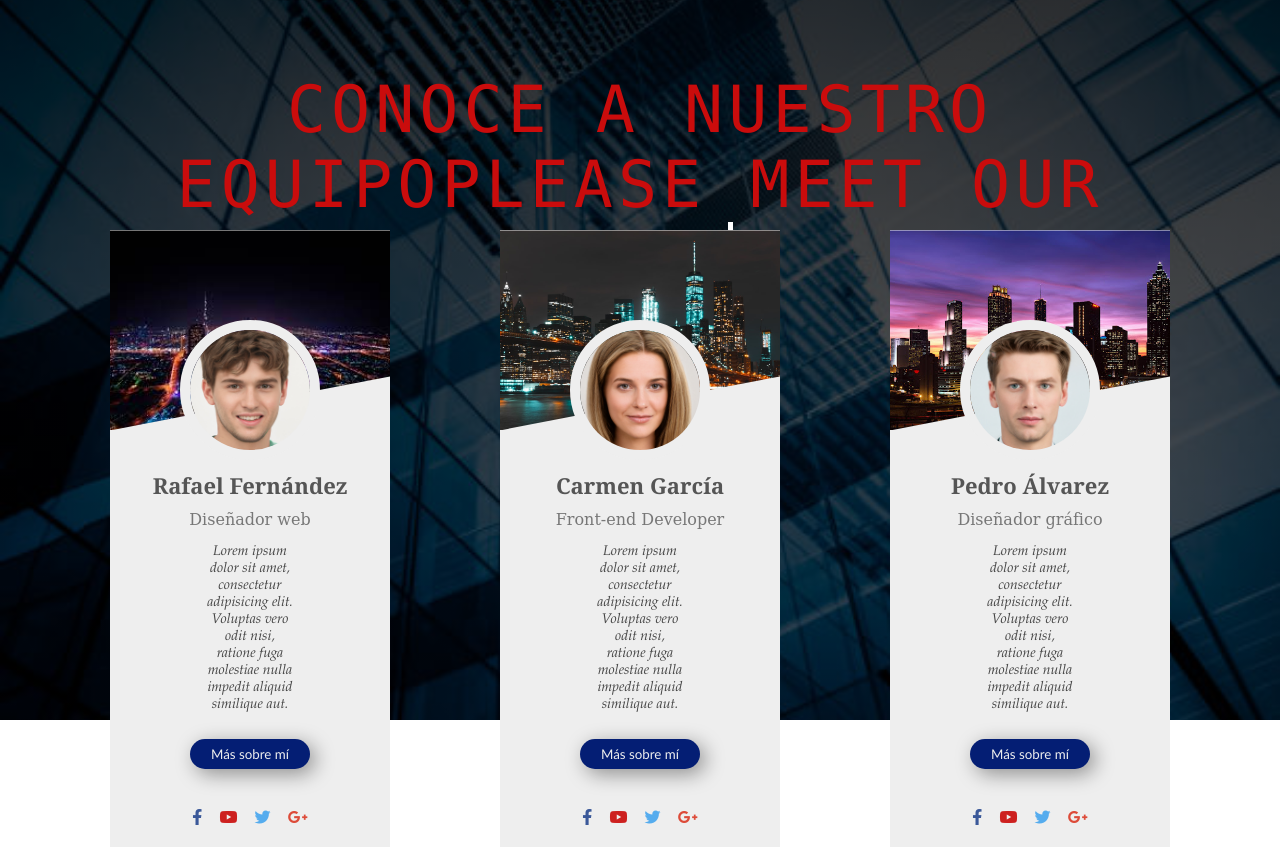
Repository: RaquelAlvarezz/Ejercicios-FormawebIV
Page: Equipo/index.html
The author's editor kept a copy of each file at every save. The page is drawn from the files as they stood at one save, then again after the next save.
The browser window is 1280 px wide. The pictures show the whole page.

Above is the page before, as saved 2021-11-23 14:51:29.

After the next save:
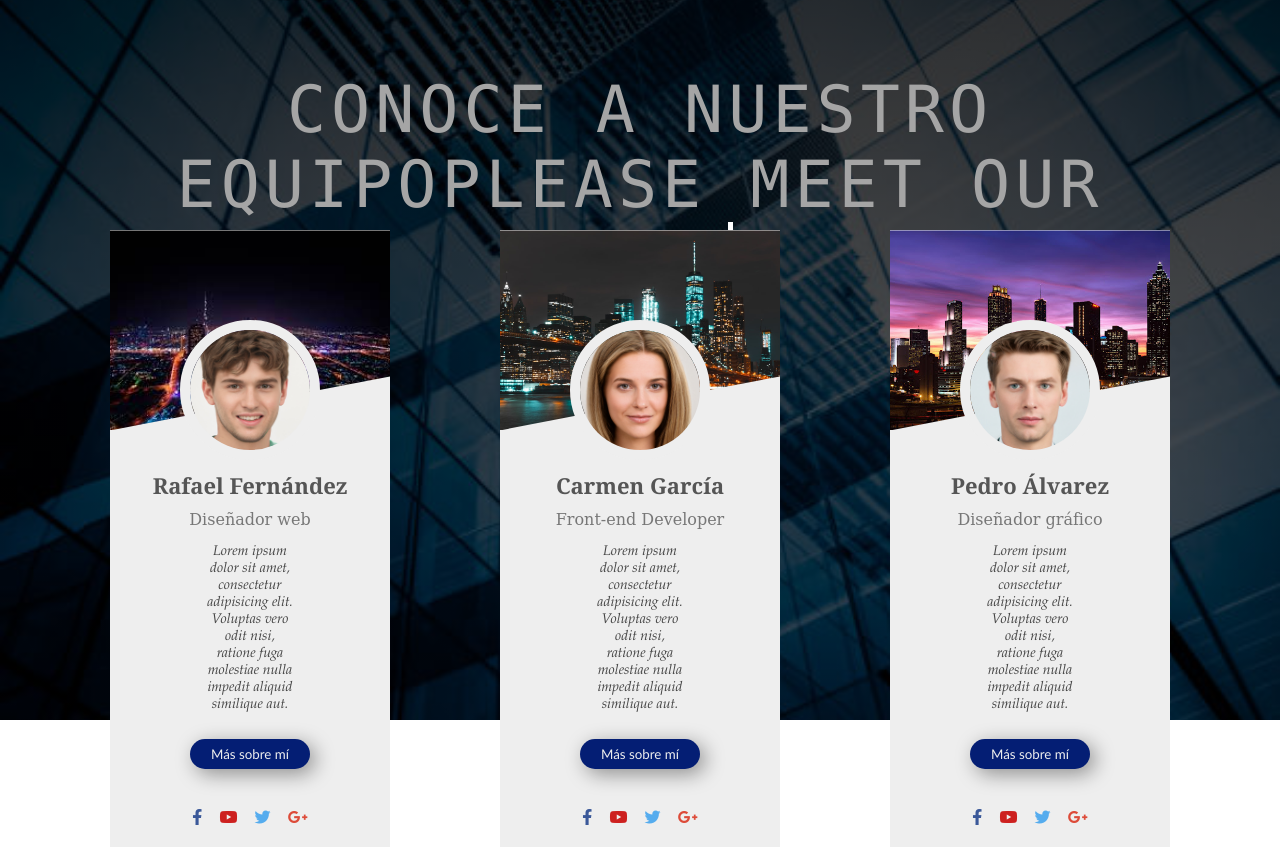
Saved 23 s later.
--- a/Equipo/css/styles.css
+++ b/Equipo/css/styles.css
@@ -14,7 +14,7 @@
 }
 
 .heading{
-	color: rgb(202, 12, 12);
+	color: rgb(165, 165, 165);
 	font-size: 70px;
 	position: absolute;
 	top: 10%;
@@ -31,7 +31,7 @@
 	content: '';
 	width: 5px;
 	height: 55px;
-	background-color: #fff;
+	background-color: rgb(184, 0, 0);
 	position: absolute;
 	animation: blinking 1s 3s infinite;
 }
